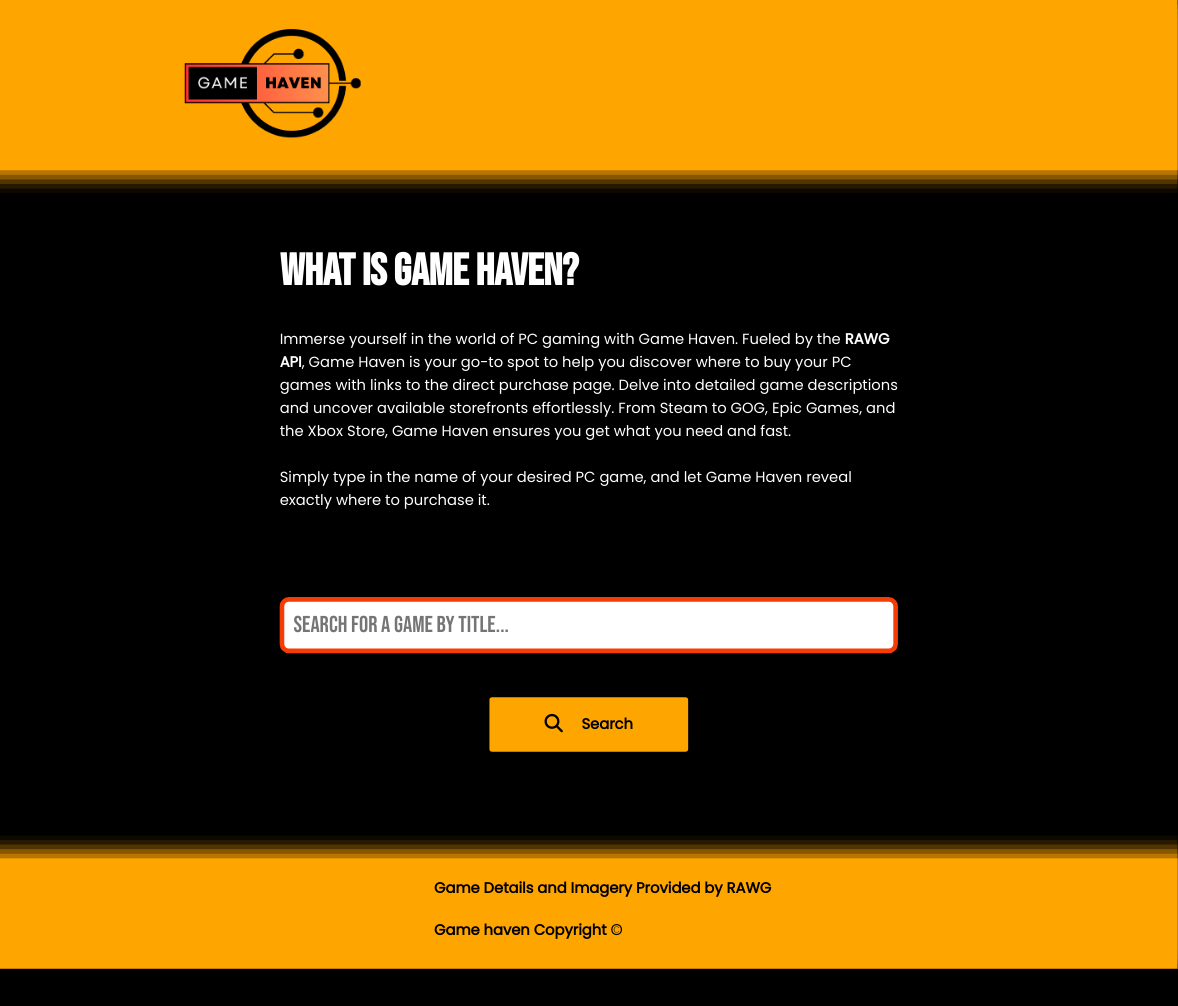
Repository: Steakfries101/Game-Haven
Page: index.html
These files come from the project's save history. The page is drawn as it stood at one moment and after a run of saves; the edit follows.
The browser window is 1280 px wide. The pictures show the whole page, at 92% of full size.
Some web libraries are served in a nearby version.

Above is the page before, as saved 2024-03-01 16:17:24.

### index.html
<!DOCTYPE html>
<html lang="en">

<head>
    <link rel="preconnect" href="https://fonts.googleapis.com">
    <link rel="preconnect" href="https://fonts.gstatic.com" crossorigin>
    <link href="https://fonts.googleapis.com/css2?family=Bebas+Neue&display=swap" rel="stylesheet">
    <link rel="preconnect" href="https://fonts.googleapis.com">
    <link rel="preconnect" href="https://fonts.gstatic.com" crossorigin>
    <link href="https://fonts.googleapis.com/css2?family=Poppins&display=swap" rel="stylesheet">
    <script src="https://kit.fontawesome.com/a00487040a.js" crossorigin="anonymous"></script>
    <meta charset="UTF-8">
    <meta name="viewport" content="width=device-width, initial-scale=1.0">
    <link rel="stylesheet" href="styles.css">

    <title>Game Haven</title>
    <link id="favicon" rel="icon" href="assets/Asset-2.ico" type="image/png" sizes="32*32">
</head>

<body>
    <div class="wrapper">
        <div id="top-bar">
            <img src="/assets/game-haven-logo.png" id="logo" alt="Gamehaven Logo">
        </div>
        <div class=site-body>
            <div class=intro>
                <h1>What is Game Haven?</h1>
                <p>Immerse yourself in the world of PC gaming with Game Haven. Fueled by the <strong>RAWG API</strong>,
                    Game Haven is your go-to spot to help you discover where to buy your PC games with links to the
                    direct purchase page.
                    Delve into detailed game descriptions and uncover available storefronts effortlessly. From Steam to
                    GOG, Epic Games, and the Xbox Store, Game Haven ensures you get what you need and fast. <br>
                    <br>Simply type in the name of your desired PC game, and let Game Haven reveal
                    exactly where to purchase it.
                </p>
            </div>
            <h2>Search</h2>
            <form class="search-container" id="noRefreshForm">
                <div class="form-container">
                    <div class="input-container">
                        <input type="search" class="search-bar" id="search-bar"
                            placeholder="Search for a game by title...">
                        <label for="search-bar">Example Label:</label>
                    </div>
                    <div class="button-container">
                        <button type="submit" class="search-button" id="search-submit">
                            <i class="fa-solid fa-magnifying-glass fa-lg" id="search-icon"></i>Search
                        </button>
                    </div>
                </div>
            </form>
        </div>
        <a href="#" class="to-top"></a>
        <ul class="game-list">
        </ul>
    </div>
    <footer id="footer">
        <div id="copyright">
            <h3>Game Details and Imagery Provided by RAWG</h3>
            <h3>Game haven Copyright ©</h3>
        </div>
    </footer>
</body>
<script type="module" src="script.js"></script>

</html>

### styles.css
/* GLOBAL STYLINGS html*/
#logo {
  width: 45%;
  /* padding-left: 200px; */
}

#top-bar {
  text-align: left;
}

p {
  font-family: "Poppins", sans-serif;
}

h2 {
  color: black;
  text-align: center;
  /* font-family: */
  font-family: "Bebas Neue", sans-serif;
  letter-spacing: 1.4px;
  font-size: 3rem;
}

h1 {
  font-family: "Bebas Neue", sans-serif;
  font-size: 3rem;
}

.search-container {
  padding-bottom: 100px;
}

#search-bar {
  width: 100%;
  padding: 10px;
  border: #f43c04 solid 5px;
  border-radius: 10px;
  font-size: 25px;
  font-family: "Bebas Neue", sans-serif;
}

#search-submit {
  outline: none;
  cursor: pointer;
  font-weight: 600;
  border-radius: 3px;
  padding: 20px 60px;
  border: 0;
  color: black;
  background: orange;
  line-height: 1.15;
  font-size: 16px;
  font-family: "poppins", sans-serif;
  margin-top: 30px;
}

#search-submit:hover {
  transition: all 0.1s ease;
  box-shadow: 0 0 0 0 #fff, 0 0 0 3px white;
  font-size: 18px;
}

.search-display {
  color: white;
  text-align: center;
  padding: 45px;
  font-size: 3rem;
}

.input-container {
  width: 75%;
  margin: auto;
}

.button-container {
  width: 75%;
  margin-top: 30px;
  text-align: center;
  margin: auto;
}

#search-icon {
  margin-right: 20px;
  transition: color 0.1s linear;
}

#search-submit:hover #search-icon {
  size: 23px;
  color: red;
}

/*CSS responsible for keeping footer at bottom*/
body,
html {
  height: 100%;
  margin: 0;
}

body {
  background-color: black;
}

.wrapper {
  display: flex;
  flex-direction: column;
  min-height: 100%;
}

#footer {
  flex-shrink: 0;
  background-color: Orange;
  padding-bottom: 20px;
  height: 100px;
  width: 100%;
  display: flex;
  align-content: center;
  justify-content: center;
  box-shadow: rgba(255, 165, 0, 0.4) 0px -5px, rgba(255, 165, 0, 0.3) 0px -10px, rgba(255, 165, 0, 0.2) 0px -15px, rgba(255, 165, 0, 0.1) 0px -20px,
    rgba(255, 165, 0, 0.05) 0px -25px;
}

#footer h3 {
  /* align-self: flex-end; */
  /* align-self: flex-end; */
  margin-top: 20px;
  margin-right: 20px;
  font-size: 1rem;
  font-family: "poppins", sans-serif;
}

#copyright {
  /* width: 50%; */
  padding-left: 50px;
}

/*Read more and Read less button stylings */
.read-more,
.read-less {
  display: block;
  background-color: black;
  border-radius: 6px;
  box-shadow: rgba(0, 0, 0, 0.1) 0 2px 4px;
  color: #ffffff;
  cursor: pointer;
  height: 40px;
  text-align: center;
  margin: auto;
  width: 25%;
  z-index: 9;
  border: 0;
  transition: box-shadow 0.2s, font-size 0.2s, width 0.2s, height 0.2s;
}

.intro {
  width: 75%;
  display: block;
  margin: auto;
  padding-top: 50px;

  color: white;
}

.read-more:hover,
.read-less:hover {
  box-shadow: rgba(0, 0, 0, 0.25) 0px 54px 55px, rgba(0, 0, 0, 0.12) 0px -12px 30px, rgba(0, 0, 0, 0.12) 0px 4px 6px,
    rgba(0, 0, 0, 0.17) 0px 12px 13px, rgba(0, 0, 0, 0.09) 0px -3px 5px;
  height: 42px;
  width: 26%;
  font-size: 0.9rem;
}

/* CSS */

.store-fronts h4 {
  font-family: "Poppins", sans-serif;
  display: none;
}

/*TOP BAR STYLINGS  */
#top-bar {
  background-color: Orange;
  text-align: center;
  box-shadow: rgba(255, 165, 0, 0.4) 0px 5px, rgba(255, 165, 0, 0.3) 0px 10px, rgba(255, 165, 0, 0.2) 0px 15px, rgba(255, 165, 0, 0.1) 0px 20px,
    rgba(255, 165, 0, 0.05) 0px 25px;
}

li img {
  text-align: center;
}

/*Storefront CSS (Store logos and links)*/

.store-fronts img {
  padding-right: 10px;
  width: 67px;
}

.store-fronts {
  /* display:flex;   */
  text-align: center;
  /* flex-direction: column-reverse; */
}

/* Game infos related CSS */
.game-list {
  margin-left: -40px;
  background-color: #325bbc;

  /* background-color: #f43c04; */

  box-shadow: rgba(50, 91, 188, 0.4) 0px -5px 0px, rgba(50, 91, 188, 0.3) 0px -10px 0px, rgba(50, 91, 188, 0.2) 0px -15px 0px,
    rgba(50, 91, 188, 0.1) 0px -20px 0px, rgba(50, 91, 188, 0.05) 0px -25px 0px;
  margin-bottom: 0;
}

.game-data {
  display: flex;
  margin: auto;
  width: 86%;
  flex-direction: column;
  justify-content: space-around;
  align-items: center;
  background-color: orange;
  transition: border-left 200ms ease, border-right 200ms ease, box-shadow 200ms;
  background-color: orange;
  filter: brightness(100%);
  transition: filter 200ms linear;
  margin-bottom: 20px;
  box-shadow: rgba(0, 0, 0, 0.25) 0px 54px 55px, rgba(0, 0, 0, 0.12) 0px -12px 30px, rgba(0, 0, 0, 0.12) 0px 4px 6px,
    rgba(0, 0, 0, 0.17) 0px 12px 13px, rgba(0, 0, 0, 0.09) 0px -3px 5px;
  border-radius: 5px;
}

.game-cover {
  max-width: 90%;
  max-height: 399px;

  margin-bottom: 50px;
  margin-top: 50px;
  border-radius: 20px;
  box-shadow: rgba(0, 0, 0, 0.25) 0px 54px 55px, rgba(0, 0, 0, 0.12) 0px -12px 30px, rgba(0, 0, 0, 0.12) 0px 4px 6px,
    rgba(0, 0, 0, 0.17) 0px 12px 13px, rgba(0, 0, 0, 0.09) 0px -3px 5px;
}

.game-desc {
  color: black;
  max-width: 75%;
  font-size: 1.2rem;
  padding-bottom: 50px;
}

.description-container {
  margin-top: 20px;
  max-height: 506px;
  padding-bottom: 50px;
  overflow: hidden;
  overflow-y: auto;
}

.link-container {
  display: flex;
  justify-content: space-between;
}

.trailer-ost-links {
  /* background-color:blue; */
  /* padding:10px;*/
  /* border-radius: 10px;*/
  color: navy;
  font-size: 2rem;
  font-family: "Bebas Neue", sans-serif;

  /* transition: border-radius 0.2s linear; */
  /* margin-top: 0px;
  background-color: orangered; */
}
.clickables-container {
  display: flex;
  flex-direction: column-reverse;
  justify-content: space-between;
  flex-wrap: wrap-reverse;
}

/* LARGESCREEN MEDIA QUERIES*/
.form-container {
  align-items: center;
  display: flex;
  flex-direction: column;
  width: 100%;
}

@media only screen and (min-width: 1000px) {
  @media only screen and (min-width: 1000px) and (max-width: 1200px) {
    .clickables-container {
      flex-direction: column-reverse !important;
    }

    .link-container p {
      margin-top: 5px !important;
    }
    .description-container {
      max-height: fit-content;
    }
  }
  #logo {
    width: 15%;
    /* padding-left: 200px; */
    margin-left: 200px;
  }

  #top-bar {
    text-align: left;
  }

  h2 {
    font-size: 1.7rem;
    text-align: left;
  }

  .game-data {
    flex-direction: row;
    justify-content: space-between;
    max-width: 85%;
    filter: brightness(85%);
  }

  .game-data:hover {
    filter: brightness(100%);
    box-shadow: rgba(0, 0, 0, 0.16) 0px 3px 6px, rgba(0, 0, 0, 0.23) 0px 3px 6px;
  }

  .game-desc {
    max-width: 40%;
    padding-right: 75px;
    font-size: 1rem;
    min-width: 15%;
    word-wrap: break-word;
    /* margin: 0 0 25px; */
    display: flex;
    flex-direction: column;
  }

  .defaultDesc {
    margin-right: 4%;
    margin-left: -50px;
    font-size: 1.5rem;
  }

  .game-cover {
    max-width: 40%;
    max-height: 399px;
    margin-left: 55px;
    border-radius: 20px;
    box-shadow: rgba(0, 0, 0, 0.25) 0px 54px 55px, rgba(0, 0, 0, 0.12) 0px -12px 30px, rgba(0, 0, 0, 0.12) 0px 4px 6px,
      rgba(0, 0, 0, 0.17) 0px 12px 13px, rgba(0, 0, 0, 0.09) 0px -3px 5px;
  }

  .store-fronts {
    display: flex;
    /* justify-content: space-between; */
    flex-direction: row-reverse;
    justify-content: start;
    /* flex: 0 0 80%; */
  }

  .link-container {
    justify-content: start;
    padding-top: 0px;
    padding-right: 20px;
    gap: 20px;
  }

  .trailer-ost-links {
    font-size: 1.7rem;
    height: 30px;
  }

  .trailer-ost-links:hover {
    cursor: pointer;
    border-bottom: 3px navy solid;
    padding-bottom: 0px;
  }

  .clickables-container p {
    margin-bottom: 0px;
    margin-top: 20px;
  }

  .clickables-container {
    flex-direction: row-reverse;
  }

  .store-fronts img {
    width: 50px;
    height: 50px;
    transition: width 100ms linear, height 100ms linear;
    margin-right: 10px;
  }

  .store-fronts img:hover {
    height: 47px;
    width: 47px;
  }

  .description-container {
    scrollbar-color: #d98c00 #f43c04;
    flex-direction: column !important;
    max-height: 256px;
    padding-right: 10px;
  }
  .site-body {
    display: flex;
    flex-direction: column;
    align-content: center;

    margin: auto;
  }
  .intro {
    margin: auto;
  }

  .input-container {
    margin: 0;
  }
  .site-body {
    max-width: 70%;
  }
  .read-more {
    margin-bottom: -30px;
  }
}

### script.js
import * as iconGenerator from "/components/storeIconGenerator.js";
import { textDecider } from "/components/gameTextButtonCreator.js";

//YOUTUBE API
const youtubeKey = "AIzaSyCsEU3Fe6wNACeFTvZQgKA46QnreQL12NI";

//RAWG API
const baseUrl = "https://api.rawg.io/api/games";
const apiKey = "?key=eb297cab936749b380d022a9e1f0c9f1";

let searchButt = document.querySelector(".search-button");
searchButt.addEventListener("click", search);
let gameList = document.querySelector(".game-list");

//Stops the form from submitting (refreshing ) each time a search is made
document.getElementById("noRefreshForm").addEventListener("submit", (e) => {
  e.preventDefault();
});

async function fetchYoutubeTrailer(gameName) {
  try {
    const response = await fetch(
      `https://www.googleapis.com/youtube/v3/search?part=snippet&order=relevance&maxResults=1&q=${gameName} trailer&key=AIzaSyCsEU3Fe6wNACeFTvZQgKA46QnreQL12NI`
    );
    if (!response.ok) {
      throw new Error("Failed to fetch youtube data");
    }
    const youtubeData = await response.json();
    const videos = youtubeData.items;
    // console.log(youtubeData);
    return videos;
  } catch (error) {
    console.error("Error fetching youtube data");
  }
}
async function fetchYoutubePlaylist(gameName) {
  try {
    const response = await fetch(
      // https://www.googleapis.com/youtube/v3/search?q=your_search_query&part=snippet&maxResults=10&type=playlist&key=YOUR_API_KEY

      `https://www.googleapis.com/youtube/v3/search?part=snippet&maxResults=1&q=${gameName} OST &type=playlist&key=AIzaSyCsEU3Fe6wNACeFTvZQgKA46QnreQL12NI`
    );
    if (!response.ok) {
      throw new Error("Failed to fetch youtube playlist data");
    }
    const youtubeData = await response.json();
    const videos = youtubeData.items;
    // console.log(youtubeData);
    return videos;
  } catch (error) {
    console.error("Error fetching youtube playlist data");
  }
}

//Get the game data
async function fetchGameData(gameName) {
  try {
    const response = await fetch(`${baseUrl}${apiKey}&search=${gameName}&search_exact=true&ordering=name?parent_platforms=1`);
    if (!response.ok) {
      throw new Error("Failed to fetch game data");
    }

    const data = await response.json();
    const games = data.results;
    return games;
  } catch (error) {
    console.error("Error fetching game data", error);
  }
}
//Get the game descriptions
async function getGameDescription(gameId) {
  try {
    const response = await fetch(`${baseUrl}/${gameId}${apiKey}`);
    if (!response.ok) {
      throw new Error("Failed to fetch game desc data");
    }
    const data = await response.json();
    return data.description;
  } catch (error) {
    console.error("Error fetching game descriptions ERROR: ", error);
  }
}

//Get stores for each game based on game id
async function getGameStores(gameId) {
  try {
    const response = await fetch(`${baseUrl}/${gameId}/stores${apiKey}`);

    if (!response.ok) {
      throw new Error("Failed to fetch game stores data");
    }
    const data = await response.json();
    return data.results;
  } catch (error) {
    console.error("Error fetching game stores data ERROR: ", error);
  }
}

//Beginning of loop that loops through returned data games and builds javascript
async function loopData(gameName) {
  const gameData = await fetchGameData(gameName);
  const gameList = document.querySelector(".game-list");
  const error = document.createElement("h2");

  error.className = "search-display";
  error.textContent = searchDisplay(gameData);
  gameList.appendChild(error);
  //Check if data returned from search query

  //If data is there this checks each games storefronts to confirm it has one of the following as a store (5,1,2,11)
  gameData.forEach(async (game) => {
    // console.log(game);

    if (game.stores !== null) {
      const includesStore = game.stores.some(
        (store) => store.store.id === 5 || store.store.id === 1 || store.store.id === 2 || store.store.id === 11
      );
      if (!includesStore) {
        return;
      }
      console.log(game.name);
      const text = await getGameDescription(game.id);

      const gameItem = document.createElement("li");
      gameItem.className = "game-item";
      gameList.appendChild(gameItem);

      const gameInfo = document.createElement("article");
      gameInfo.className = "game-data";
      gameItem.appendChild(gameInfo);

      const gameCover = document.createElement("img");
      gameCover.src = game.background_image;
      gameCover.alt = `Game image of ${game.name}`;
      gameCover.className = "game-cover";
      gameInfo.appendChild(gameCover);

      const gameDesc = document.createElement("div");
      gameDesc.className = "game-desc";
      gameInfo.appendChild(gameDesc);

      const storeFronts = document.createElement("div");
      storeFronts.className = "store-fronts";

      const gameTitle = document.createElement("h2");
      gameTitle.textContent = game.name;
      gameDesc.appendChild(gameTitle);

      const clickables = document.createElement("div");
      clickables.className = "clickables-container";

      gameDesc.appendChild(clickables);
      const linkContainer = document.createElement("div");
      linkContainer.className = "link-container";
      gameDesc.appendChild(linkContainer);

      const trailerLink = document.createElement("p");
      trailerLink.className = "trailer-ost-links";
      trailerLink.textContent = "Trailer";
      trailerLink.addEventListener("click", () => {
        getTrailer();
      });
      linkContainer.appendChild(trailerLink);

      const soundtrackLink = document.createElement("p");
      soundtrackLink.textContent = "Soundtrack";
      soundtrackLink.className = "trailer-ost-links";
      linkContainer.appendChild(soundtrackLink);
      soundtrackLink.addEventListener("click", () => {
        getPlaylist();
      });

      clickables.appendChild(linkContainer);

      textDecider(text, gameDesc, storeFronts, clickables);

      async function getTrailer() {
        let gameRename = "";
        if (!game.name.includes("1")) {
          gameRename = game.name + " 1";
        } else {
          gameRename = game.name;
        }
        const trailerData = await fetchYoutubeTrailer(gameRename);

        const videoId = trailerData[0].id.videoId;
        window.open(`https://www.youtube.com/watch?v=${videoId}`);
      }

      async function getPlaylist() {
        // const playlistData = await fetchYoutubePlaylist(game.name);
        // // console.log(game.name);
        // const playList = playlistData[0].id.playlistId;

        // if (!playList) {
        //   alert("No soundtrack found");
        // } else {
        //   window.open(`//www.youtube.com/playlist?list=${playlistData[0].id.playlistId}`);
        console.log(
          `https://www.googleapis.com/youtube/v3/search?part=snippet&maxResults=1&q=${game.name} OST &type=playlist&key=AIzaSyCsEU3Fe6wNACeFTvZQgKA46QnreQL12NI`
        );
      }
      adjustPadding(gameList);
      //-----------------STOREFRONT LOGO CODE-----------------//

      const stores = await getGameStores(game.id);
      stores.forEach((store) => {
        switch (store.store_id) {
          case 1:
            iconGenerator.createSteam(store, storeFronts);
            break;
          case 5:
            iconGenerator.createGOG(store, storeFronts);
            break;
          case 11:
            iconGenerator.createEpicGames(store, storeFronts);
            break;
          case 2:
            iconGenerator.createXboxStore(store, storeFronts);
            break;
        }
      });
    }
  });
}

function getSearchValue() {
  const value = document.querySelector(".search-bar").value;
  return value;
}

function search() {
  gameList.innerHTML = "";
  if (!getSearchValue()) {
    alert("Please Enter A Game Name!");
    return;
  } else {
    loopData(getSearchValue());
  }
}

function searchDisplay(data) {
  if (data == "") {
    return `No game by the name of ${getSearchValue()}`;
  } else {
    return `Showing results for ${getSearchValue()}`;
  }
}

//**********************************************************THIS PUTS STOREFRONT ICONS INBETWEEN TITLE AND TEXT */

function adjustPadding(gameList) {
  if (gameList.children.length > 0) {
    gameList.style.paddingBottom = "200px";
  } else {
    gameList.style.padding = "0";
  }
}

//Create back to top button
const backToTop = document.createElement("p");
backToTop.textContent = "HELLO";
document.body.appendChild(backToTop);

### components/storeIconGenerator.js
//-----------------STORE FRONT LINKS + LOGO GENERATOR FUNCTIONS-----------------//
function createSteam(store, storeFronts) {
    const storeLink = document.createElement("a");
    const image = document.createElement("img");
    image.src = "assets/Steam_icon_logo.svg.png";
    image.alt = "Steam Logo";
    storeLink.appendChild(image);
    storeLink.href = store.url;
    storeFronts.appendChild(storeLink);
  }

  function createGOG(store, storeFronts) {
    const storeLink = document.createElement("a");
    const image = document.createElement("img");
    image.src = "assets/gog_icon_135545.png";
    image.alt = "GOG Logo";
    storeLink.appendChild(image);
    storeLink.href = store.url;
    storeFronts.appendChild(storeLink);
  }


  function createEpicGames(store, storeFronts) {
    const storeLink = document.createElement("a");
    const image = document.createElement("img");
    image.src = "assets/Epic_Games_logo.svg.png";
    image.alt = "Epic Games Logo";
    storeLink.appendChild(image);
    storeLink.href = store.url;
    storeFronts.appendChild(storeLink);
  }

  function createXboxStore(store, storeFronts) {
    const storeLink = document.createElement("a");
    const image = document.createElement("img");
    image.src = "assets/xbox.png";
    image.alt = "Xbox Logo";
    storeLink.append(image);
    storeLink.href = store.url;
    storeFronts.appendChild(storeLink);
  }

  export{createSteam,createGOG,createEpicGames,createXboxStore}

### components/gameTextButtonCreator.js
function textDecider(text, gameDesc, storeFronts, gameTitle) {
  const num = 250;

  const descriptionContainer = document.createElement("div");
  descriptionContainer.className = "description-container";

  if (text.length > num) {
    const part1 = text.slice(0, num);
    const part2 = text.slice(num);

    const part1Para = document.createElement("p");
    part1Para.innerHTML = `${part1}<strong>...</strong>`;
    gameDesc.appendChild(part1Para);

    const part2Para = document.createElement("p");
    part2Para.innerHTML = `${part1}${part2}`;
    part2Para.style.display = "none";
    gameDesc.appendChild(part2Para);

    descriptionContainer.appendChild(part1Para);
    descriptionContainer.appendChild(part2Para);
    gameTitle.appendChild(storeFronts);
    part2Para.scrollTop = 50;

    gameDesc.appendChild(descriptionContainer);
    const readMore = document.createElement("button");
    readMore.className = "read-more";
    readMore.textContent = "Read More";
    part1Para.appendChild(readMore);

    const readLess = document.createElement("button");
    readLess.className = "read-less";
    readLess.textContent = "Read Less";
    part2Para.appendChild(readLess);

    readMore.addEventListener("click", () => {
      part2Para.style.display = "block";
      part1Para.style.display = "none";
    });
    readLess.addEventListener("click", () => {
      part2Para.style.display = "none";
      part1Para.style.display = "block";
    });
  } else if (text.length < num) {
    const part1Para = document.createElement("p");
    part1Para.textContent = text;
    gameDesc.appendChild(part1Para);
    descriptionContainer.appendChild(part1Para);
    gameTitle.appendChild(storeFronts);
    gameDesc.appendChild(descriptionContainer);
  } else {
    const defaultDesc = document.createElement("p");
    defaultDesc.className = "defaultDesc";
    defaultDesc.textContent = "No game description found";
    gameInfo.appendChild(defaultDesc);
  }
}

export { textDecider };

After the next 5 saves:
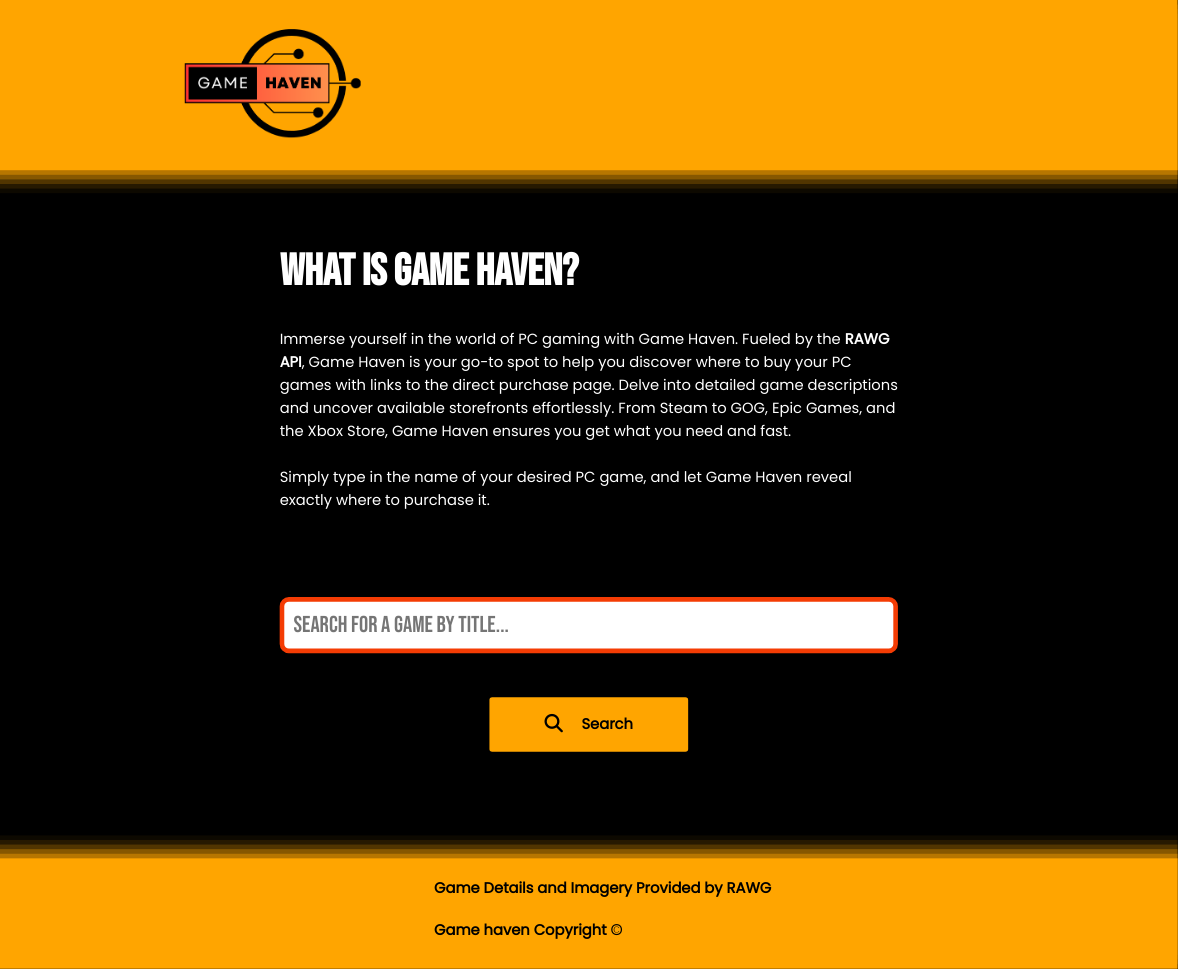
Console error: SyntaxError: Unexpected token 'function'
The 5 saves are shown as one change because they came seconds apart.
The last was saved 25 s later.
--- a/script.js
+++ b/script.js
@@ -258,6 +258,7 @@ function adjustPadding(gameList) {
 }
 
 //Create back to top button
+create function(){
 const backToTop = document.createElement("p");
 backToTop.textContent = "HELLO";
-document.body.appendChild(backToTop);
+}
